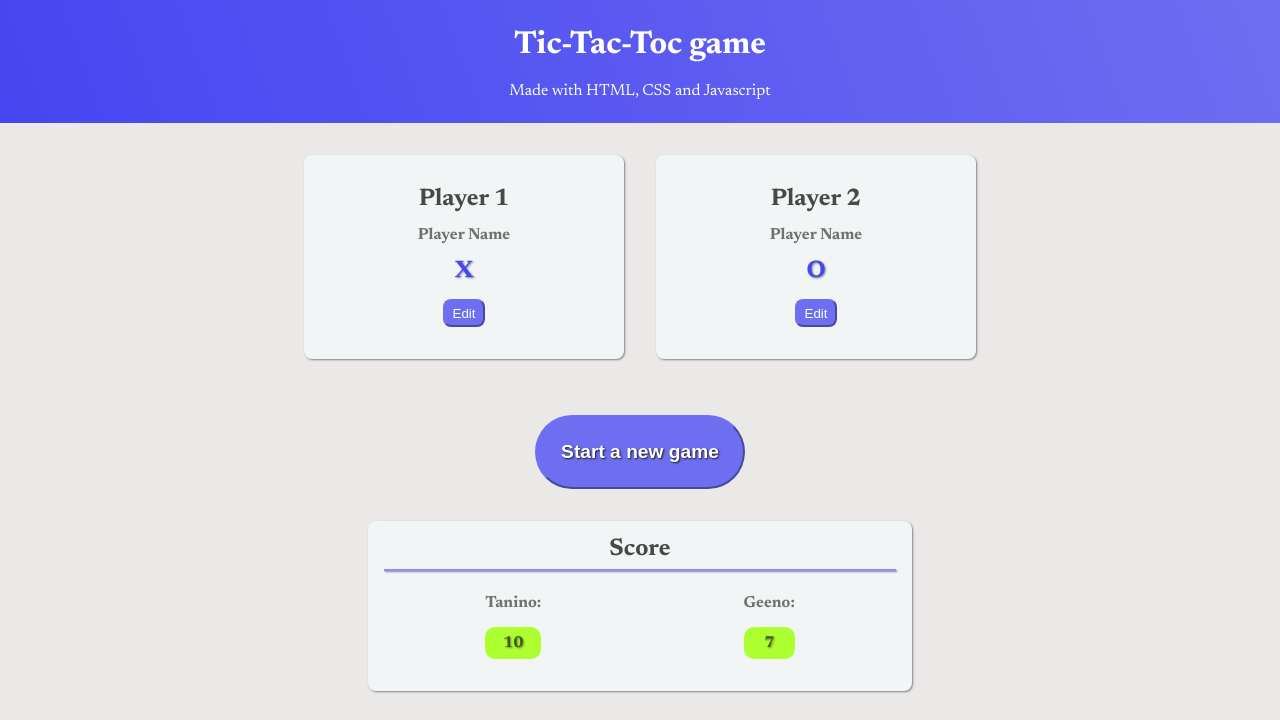
Repository: MicTomm/Tic-tac-toe-game
Page: index.html
An editor plug-in stored every save of this project. The page is shown before and after the next save, followed by the edit.
The browser window is 1280 px wide. The pictures show the whole page.

Above is the page before, as saved 2023-06-26 21:37:29.

### index.html
<!DOCTYPE html>
<html lang="en">

<head>
    <meta charset="UTF-8">
    <meta name="viewport" content="width=device-width, initial-scale=1.0">
    <title>Tic-Tac-Toe</title>
    <link rel="preconnect" href="https://fonts.googleapis.com">
    <link rel="preconnect" href="https://fonts.gstatic.com" crossorigin>
    <link href="https://fonts.googleapis.com/css2?family=Newsreader:wght@400;700&display=swap" rel="stylesheet">
    <link href="/styles/styles.css" rel="stylesheet">
    <link href="/styles/overlay.css" rel="stylesheet">
    <link href="/styles/game-configuration.css" rel="stylesheet">
    <link href="/styles/game-execution.css" rel="stylesheet">
    <script src="/scripts/configuration.js" defer></script>
    <script src="/scripts/game.js" defer></script>
    <script src="/scripts/app.js" defer></script>
</head>

<body>
    <div id="back-drop"></div>
    <header id="main-header">
        <h1>Tic-Tac-Toc game</h1>
        <p>Made with HTML, CSS and Javascript</p>
    </header>
    <main>
        <aside id="aside-container">
            <header id="id=" aside-header>
                <h2>Chose your name</h2>
            </header>
            <form>
                <div id="aside-input-container">
                    <label for="choosing-player-name" id="choosing-player-name-label">Player name</label>
                    <input type="text" id="choosing-player-name" name="player-name" required>
                    <div id="input-validation-error-container">
                        <svg xmlns="http://www.w3.org/2000/svg" fill="none" viewBox="0 0 24 24" stroke-width="1.5"
                            stroke="currentColor" class="w-6 h-6">
                            <path stroke-linecap="round" stroke-linejoin="round"
                                d="M12 9v3.75m9-.75a9 9 0 11-18 0 9 9 0 0118 0zm-9 3.75h.008v.008H12v-.008z" />
                        </svg>
                        <p id="input-validation-error"></p>
                    </div>

                </div>
                <div id="aside-buttons-container">
                    <button type="button" class="btn alternative-btn" id="cancel-btn">
                        Cancel
                    </button>
                    <button type="submit" class="btn">Confirm</button>
                </div>
            </form>
        </aside>
        <section id="game-configuration">
            <div id="game-configuration-container">
                <article>
                    <div id="player1-container">
                        <h2>Player 1</h2>
                        <p id="player1-name">Player Name</p>
                        <p class="symbol">X</p>
                        <button id="edit-p1-btn" class="btn" data-playerid="1">Edit</button>
                    </div>
                </article>
                <article>
                    <div id="player2-container">
                        <h2>Player 2</h2>
                        <p id="player2-name">Player Name</p>
                        <p class="symbol">O</p>
                        <button id="edit-p2-btn" class="btn" data-playerid="2">Edit</button>
                    </div>
                </article>
            </div>
            <div id="start-game-container">
                <button type="button" id="start-game-btn" class="btn">Start a new game</button>
            </div>
        </section>

        <div id="score-container">

            <h2>Score</h2>
            <hr>
            <div id="score-players-div">
                <div id="p1-score">
                    <p>Tanino:
                        <p id="p1-score-span" class="score-secondP">10</p>
                    </p>
                </div>
                <div id="p2-score">
                    <p>Geeno:
                        <p id="p2-score-span" class="score-secondP">7</p>
                    </p>
                </div>
            </div>
        </div>
        <section id="game-execution">



            <article id="game-over">
                <h2>You won, <span id="winner-player-name">PLAYER NAME</span>!</h2>
                <p>Click the "Start New Game" button above, to start a new game!</p>
            </article>

            <p id="p-turn">It's your turn <span id="active-player-name">PLAYER NAME</span> !</p>
            <ol id="game-board">
                <li value="1"></li>
                <li value="2"></li>
                <li value="3"></li>

                <li value="4"></li>
                <li value="5"></li>
                <li value="6"></li>

                <li value="7"></li>
                <li value="8"></li>
                <li value="9"></li>
            </ol>
        </section>
        </section>
    </main>

</body>

</html>

### styles/styles.css
body {
    margin: 0;
    background-color: rgb(235, 232, 232);
    font-family: 'Newsreader', serif;
    color: rgb(27, 27, 27);
}

h2 {
    margin: 0rem;
    color: rgb(27, 27, 27, 0.8);
    text-shadow: .5px .5px 1px rgba(255, 255, 255, 0.5);
}

#main-header {
    background: linear-gradient(70deg, rgb(70, 70, 242), rgb(110, 110, 241));
    color: white;
    padding: 0.5rem 5%;
    text-align: center;
}

.btn {
    background-color: rgb(110, 110, 241);
    border-color: rgb(110, 112, 241);
    color: white;
    border-radius: 8px;
    padding: 0.3rem 0.5rem;
    cursor: pointer;
}

.alternative-btn {
    background-color: rgb(223, 223, 239);
    border-color: transparent;
    color: rgb(27, 27, 27);
    margin: 0.5rem;
}

.btn:hover {
    background-color: rgb(127, 127, 233);
    box-shadow: 1px 1px 2px rgb(27, 27, 27);
}

.alternative-btn:hover {
    background-color: rgb(210, 210, 235);
    border-color: rgb(205, 205, 233);
}

aside h2,
aside label {
    color: rgb(110, 110, 241);
    text-shadow: .5px .5px 1px rgb(27, 27, 27, 0.5);
}

form label {
    display: block;
    margin-bottom: .5rem;
}

form input {
    padding: .3rem;
    border-color: transparent;
    border-radius: 8px;
    font-family: inherit;
}

form input:hover,
form input:focus {
    outline: rgb(110, 110, 241) auto 1px;
}

form #aside-buttons-container {
    display: flex;
    flex-flow: row;
    justify-content: center;
    align-items: center;
    margin: .5rem;
}

### styles/overlay.css
#aside-container {
text-align: center;
    background-color: rgb(241, 245, 245);
    width: 90%;
    margin: 0rem auto;
    border-radius: .6rem;
    padding: .5rem 0rem;
    position: fixed;
    top: 25%;
    left: 5%;
    display: none;
}

#back-drop {
    background-color: rgba(86, 78, 78, 0.5);
    width: 100%;
    height: 100%;
    position: fixed;
    display: none;
}

aside h2,
aside label {
    color: rgb(110, 110, 241);
    text-shadow: .5px .5px 1px rgb(27, 27, 27, 0.5);
}

form label {
    display: block;
    margin-bottom: .5rem;
}

.choosing-player-name-label-error{
    color: red;
}

form input {
    padding: .3rem;
    border-color: transparent;
    border-radius: 8px;
    font-family: inherit;
    font-weight: 700;
    color: rgb(27, 27, 27, 0.7);
    text-align: center;
    width: 40%;
    margin: .1rem 30%;
}

.choosing-player-name-error{
    border-color:red;
    background-color: rgb(244, 183, 183);
}

form input:hover,
form input:focus {
    outline: rgb(110, 110, 241) auto 1px;
}

form #aside-buttons-container {
    display: flex;
    flex-flow: row;
    justify-content: center;
    align-items: center;
    margin: .5rem;
}

#input-validation-error-container{
    height: 1rem;
    width: 40%;
    margin: .1rem 30%;
    display: none;
    color: red;
}

#input-validation-error{
    font-size: .8rem;
    margin: 0 0 0 .2rem;
    padding-top: 0.2rem;
}

svg{
    height: 1rem;
    width: 1rem;
}

@media (min-width: 48rem) {

    #aside-container {
        position: fixed;
        top: 25%;
        left: calc(50% - 20rem);
        width: 40rem;
    }

}

### styles/game-configuration.css
#game-configuration{
    display: flex;
    flex-flow: column;
    align-items: center;
    margin: 2rem auto;
    width: 90%;
}

#game-configuration-container{
    display: flex;
    flex-flow: row;
    justify-content: center;
    align-items: center;
    margin-bottom: 3.5rem;
}

#player1-container,
#player2-container{
    background-color: rgb(241, 245, 245);
    margin: 0rem 1rem;
    padding: 2rem 0rem;
    display: flex;
    flex-flow: column;
    justify-content: center;
    align-items: center;
    width: 20rem;
    border-radius: 8px;
    box-shadow: 1px 1px 2px rgb(27, 27, 27, 0.5);
}

#game-configuration p{
    color: rgb(27, 27, 27, 0.6);
    font-weight: bold;
}

#game-configuration .symbol{
    margin: 0rem 0rem 1rem 0rem;
    font-weight: 700;
    font-size: 1.5rem;
    color: rgb(70, 70, 242);
    text-shadow: 1px 1px 2px rgb(27, 27, 27, 0.5);
}

#start-game-container{
    display: block;

}

#start-game-btn{
    padding: 1.5rem;
    border-radius: 20rem;
    font-size: 1.2rem;
    font-weight: 700;
    text-shadow: 1px 1px 2px rgb(27, 27, 27);
    cursor: pointer;
}

#start-game-btn:hover{
    background: linear-gradient(70deg, rgb(152, 228, 40), rgb(70, 70, 242));
}

### styles/game-execution.css
hr{
    border: .02rem solid rgb(143, 143, 242);
    box-shadow: 1px 1px 2px rgb(27, 27, 27, 0.5);
}

#game-execution{
    width: 90%;
    margin: 2rem auto;
    text-align: center;
    display: none;
}

#game-over{
    display: none;
    margin: 0rem auto;
    padding: 1rem;
    background: linear-gradient(70deg, rgb(68, 68, 248), rgb(143, 143, 242));
    border-radius: 10px;
    box-shadow: 1px 1px 2px rgb(27, 27, 27, 0.5);
    max-width: 40rem;
}

#game-over p{
    color: white;
    text-shadow: .5px .5px 1px rgb(27, 27, 27, 0.5);
    font-weight: 400;
}

#p-turn{
    color: rgb(67, 74, 67);
    font-weight: 700;
    font-size: 1.5rem;
    text-shadow: .5px .5px 1px rgb(27, 27, 27, 0.8);
    display: none;
}

#active-player-name{
    color: rgb(38, 177, 38);
}

#game-board{
    display: none;
    justify-content: center;
    grid-template-columns: repeat(3, 6rem); /*lo stesso che scrivere 6rem 6rem 6rem*/
    grid-template-rows: repeat(3, 6rem);
    list-style: none;
    gap: .5rem;
    padding: 0rem;
}

#game-execution li{
    background-color: rgb(143, 143, 242);
    display: flex;
    justify-content: center;
    align-items: center;
    color: rgb(27, 27, 27, 0.5)l;
    font-weight: 700;
    text-shadow: .5px .5px 1px rgb(255, 255, 255, 0.7);
    font-size: 2rem;
    border-radius: 8px;
    cursor: pointer;
}

#game-execution li:hover{
    background-color: rgb(68, 68, 248);
    text-shadow: .5px .5px 1px rgb(27, 27, 27);
    color: white;
}

#game-execution li.disabled{
    background-color: rgb(68, 68, 248);
    text-shadow: .5px .5px 1px rgb(27, 27, 27);
    cursor: default;
    color: white;
}

#score-container{
    display: block;
    text-align: center;
    background-color: rgb(241, 245, 245);
    border-radius: 8px;
    padding: 1rem;
    box-shadow: 1px 1px 2px rgb(27, 27, 27, 0.5);
    max-width: 40%;
    margin: 1rem auto;
}

#score-players-div{
    display: flex;
    justify-content: space-around;
    align-items: center;
}

#score-players-div p{
    color: rgb(27, 27, 27, 0.6);
    font-weight: bold;
}

.score-secondP{
    margin: .5rem 0rem;
    padding: .5rem;
    background-color: greenyellow;
    border-radius: 10px;
    color: white;
    text-shadow: 1px 1px 2px rgb(27, 27, 27, 0.5);
}

### scripts/configuration.js
function editPlayerConfiguration(event) {
    /**
     * playerid è un attributo che realizzo nel file .html (data-playerid), per gli elementi edit-p1-btn
     * e edit-p2-btn, al fine di tracciare quale dei due button-edit sto cliccando, ed utilizzarne
     * l'identificativo estrapolato in js.
     *
     * Si possono aggiungere più attributi(proprietà) allo stesso elemento.
     *
     * l'attributo si realizza sempre facendo succedere una o più stringhe di testo alla stringa 'data-'.
     * Bisogna scrivere le stringhe tutto in minuscolo perché, se faccio console.dir(event), facendo
     * drilling fino alla voce target, posso constatare che, anche se scrivo in camelcase, l'attributo
     * viene registrato tutto in lowercase.
     *
     * Se voglio scrivere invece che data-playerid, data-player-id, nel codice js devo poi estrapolarlo come:
     * event.target.dataset['player-id']
     */
    const playerIdSelected = event.target.dataset.playerid;
    playerId = playerIdSelected;

    isNotToCancel = false;

    console.log(players[playerId - 1].name);

    if (players[playerId - 1].name){
        inputValidationInput.value = players[playerId - 1].name;
    } else {
        inputValidationInput.value = '';
    }

    console.log(playerId);


    overlay.style.display = 'block';
    backdrop.style.display = 'block';


}

function cancelPlayerConfiguration() {
    overlay.style.display = 'none';
    backdrop.style.display = 'none';
    removeInputError();

    console.log(isNotToCancel);

    if(!isNotToCancel){
        console.log('to cancel');
        players[playerId - 1].name = '';
        console.log(players[playerId - 1].name);

        if(playerId == players[playerId - 1].id){
            player1Name.textContent = 'Player Name';
        } else {
            player2Name.textContent = 'Player Name';
        }
    }
}

function savePlayerConfig(event) {
    /*
    preventDefault() evita che venga eseguito il comportamento di default quando viene inviato
    il form.
    Tale comportamento consiste nell' inviare una richiesta GET al web server che la processerà,
    nel mio caso il server locale.
    */
    event.preventDefault();

    /*
    event è un oggetto js generato automaticamente dal browser al verificarsi di un evento, e che lo
    descrive.
    Con l'attributo target, si punta direttamente all'elemento HTML che ha generato l'evento.
    In questo caso il form, perché è stato il form ad essere inviato.

    new FormData è una built-in function che è resa disponibile direttamente nel browser in js.
    Con 'new', istanzio un oggetto di tipo FormData, e passandogli come parametro il pointer al form,
    posso estrapolare tutte le informazioni submitted che, in HTML presentano l'ttributo 'name' nel
    rispettivo input-element.
    */
    const formData = new FormData(event.target);
    playerName = formData.get('player-name').trim();
    console.log('Player name: ' + playerName);

    /*  Una stringa vuota è un falsy-value
    Una stringa che ha un valore è un truly-value
    Quindi, sto dicendo: se la stringa non è truly
    */
    if (!playerName) {

        inputValidationLabel.classList.add('choosing-player-name-label-error');
        inputValidationInput.classList.add('choosing-player-name-error');

        inputValidationErrorContainer.style.display = 'flex';
        inputValidationErrorContainer.style.flexFlow = 'row';
        inputValidationErrorContainer.style.justifyContent = 'center';
        inputValidationErrorContainer.style.alignItems = 'center';
        inputValidationErrorParagraph.textContent = 'Please, enter valid a name!';
        return;
    }
    else {
        removeInputError();

        players[playerId - 1].name = playerName;


        if (playerId == 1) {
            player1Name.textContent = playerName;
        } else {
            player2Name.textContent = playerName;
        }

        isNotToCancel = true;

        cancelPlayerConfiguration();
    }

}

function removeInputError() {
    inputValidationErrorContainer.style.display = 'none';
    inputValidationInput.classList.remove('choosing-player-name-error');
    inputValidationLabel.classList.remove('choosing-player-name-label-error');
}

### scripts/game.js
function startNewGame() {
    if (players[0].name === '' || players[1].name === '') {
        alert('Please, set a custom player name');
        return;
    }

    gameExecutionSection.style.display = 'block';
    gameBoard.style.display = 'grid';
    gameOver.style.display = 'none';
    pPlayerTurn.style.display = 'block';
    spanPlayerTurn.textContent = players[activePlayer].name;

    if (isGameEnded) {
        gameOver.style.display = 'none';
        pPlayerTurn.style.display = 'block';

        settingScorePanel ();

        p1SelectedFieldSet.length = 0;
        p2SelectedFieldSet.length = 0;

        for (const cell of gameBoardCells) {
            cell.classList.remove('disabled');
            cell.textContent = '';
            cell.style.cursor = 'pointer';
            cell.addEventListener('click', fillingCell);
        }
    }

}

function fillingCell(event) {
    event.target.classList.add('disabled');
    event.target.textContent = players[activePlayer].symbol;
    playerTurnCounter++;

    //stabilisco il turno del giocatore
    if (activePlayer === 0) {
        p1SelectedFieldSet.push(event.target.value);

        if (playerTurnCounter >= 5) {

            executingTurns(p1SelectedFieldSet, 0);

        }
        activePlayer = 1;

    } else {
        p2SelectedFieldSet.push(event.target.value);

        if (playerTurnCounter >= 5) {

            executingTurns(p2SelectedFieldSet, 1);

        }

        activePlayer = 0;
    }

    //aggiorno il nome del player per il prossimo turno, e rendo la cella marcata non più cliccabile
    spanPlayerTurn.textContent = players[activePlayer].name;
    event.target.removeEventListener('click', fillingCell);

    console.log(p1SelectedFieldSet);
    console.log(p2SelectedFieldSet);

}

function executingTurns(array, playerIndex) {
    for (const solution in solutions) {
        console.log('solutions: ' + solution);
        matches = 0;
        for (const s of solutions[solution]) {
            console.log('s: ' + s);
            for (const selectedField of array) {

                if (s == selectedField) {
                    matches++;
                    console.log('s: ' + s + ' == selectedField: ' + selectedField);
                    break;
                }

            }
        }
        if (matches == 3) {
            console.log('hai vinto');
            gameOver.style.display = 'block';
            pPlayerTurn.style.display = 'none';
            winnerPlayerName.textContent = players[playerIndex].name;
            players[playerIndex].score++ ;
            console.log('player score');
            console.log(players[playerIndex].score);

            for (const cell of gameBoardCells) {
                cell.style.cursor = 'default';
                cell.removeEventListener('click', fillingCell);
            }
            isGameEnded = true;

            return;
        }
    }

}

function settingScorePanel () {
    p1NameScore.textContent = player1Name.textContent;
    p2NameScore.textContent = player2Name.textContent;
    // player1Score.textContent = players[0].score;
    // player2Score.textContent = players[1].score;
    player1Score.textContent = players[0].score;
    console.log('p1-score: ' + player1Score.textContent);
    player2Score.textContent = players[1].score;
    console.log('p2-score: ' + player2Score.textContent);
    scorePanel.style.display = 'block';
}

### scripts/app.js
/*
    E' possibile puntare ad una function presente in una altro file .js
    Affinché ciò sia possibile, bisogna importare nel file .htm prima il file.js in cui è definita la
    function e successivamente il .js in cui la si utilizza.
*/
console.dir(document.body);
let playerId = 0;
let playerName;
let isNotToCancel = false;
let activePlayer = 0;
let playerTurnCounter = 0;
const p1SelectedFieldSet = [];
const p2SelectedFieldSet = [];
let matches = 0;
let isGameEnded = false;



const players = [
    {
        name: '',
        score: 0,
        symbol: 'X'
    },
    {
        name: '',
        score: 0,
        symbol: 'O'
    }
]

const solutions = {
    s1:[1,2,3],
    s2:[4,5,6],
    s3:[7,8,9],
    s4:[1,4,7],
    s5:[2,5,8],
    s6:[3,6,9],
    s7:[1,5,9],
    s8:[3,5,7]
}

const overlay = document.getElementById('aside-container');
const backdrop = document.getElementById('back-drop');

const editP1Btn = document.getElementById('edit-p1-btn');
const editP2Btn = document.getElementById('edit-p2-btn');
const cancelPConfigurationBtn = document.getElementById('cancel-btn');
const startGameBtn = document.getElementById('start-game-btn');

const form = document.querySelector('form');

const inputValidationErrorContainer = document.getElementById('input-validation-error-container');
const inputValidationLabel = document.getElementById('choosing-player-name-label');
const inputValidationInput = document.getElementById('choosing-player-name');
const inputValidationErrorParagraph = document.getElementById('input-validation-error');

const player1Name = document.getElementById('player1-name');
const player2Name = document.getElementById('player2-name');

const gameExecutionSection = document.getElementById('game-execution');

const gameBoard = document.getElementById('game-board');
const gameBoardCells = document.querySelectorAll('#game-board li');
const pPlayerTurn = document.getElementById('p-turn');
const spanPlayerTurn = document.getElementById('active-player-name');

const gameOver = document.getElementById('game-over');
const winnerPlayerName = document.getElementById('winner-player-name');

const scorePanel = document.getElementById('score-container');
const p1NameScore = document.querySelector('#p1-score p');
const p2NameScore = document.querySelector('#p2-score p');
const player1Score = document.getElementById('p1-score-span');
const player2Score = document.getElementById('p2-score-span');

editP1Btn.addEventListener('click', editPlayerConfiguration);
editP2Btn.addEventListener('click', editPlayerConfiguration);
cancelPConfigurationBtn.addEventListener('click', cancelPlayerConfiguration);
form.addEventListener('submit', savePlayerConfig);
startGameBtn.addEventListener('click', startNewGame);

for (const cell of gameBoardCells){
    cell.addEventListener('click', fillingCell);
}

After the next save:
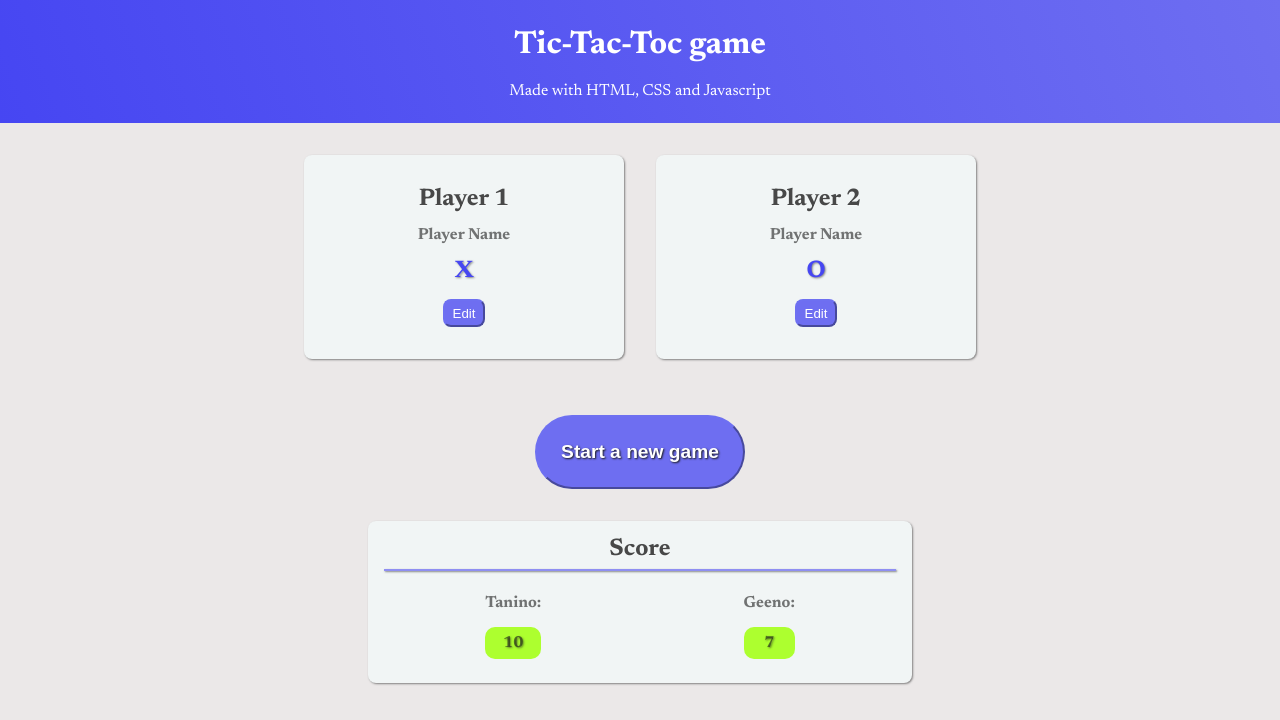
Saved 2 min 19 s later.
--- a/index.html
+++ b/index.html
@@ -80,14 +80,12 @@
             <hr>
             <div id="score-players-div">
                 <div id="p1-score">
-                    <p>Tanino:
-                        <p id="p1-score-span" class="score-secondP">10</p>
-                    </p>
+                    <p>Tanino: </p>
+                    <p id="p1-score-span" class="score-secondP">10</p>
                 </div>
                 <div id="p2-score">
-                    <p>Geeno:
-                        <p id="p2-score-span" class="score-secondP">7</p>
-                    </p>
+                    <p>Geeno: </p>
+                    <p id="p2-score-span" class="score-secondP">7</p>
                 </div>
             </div>
         </div>
